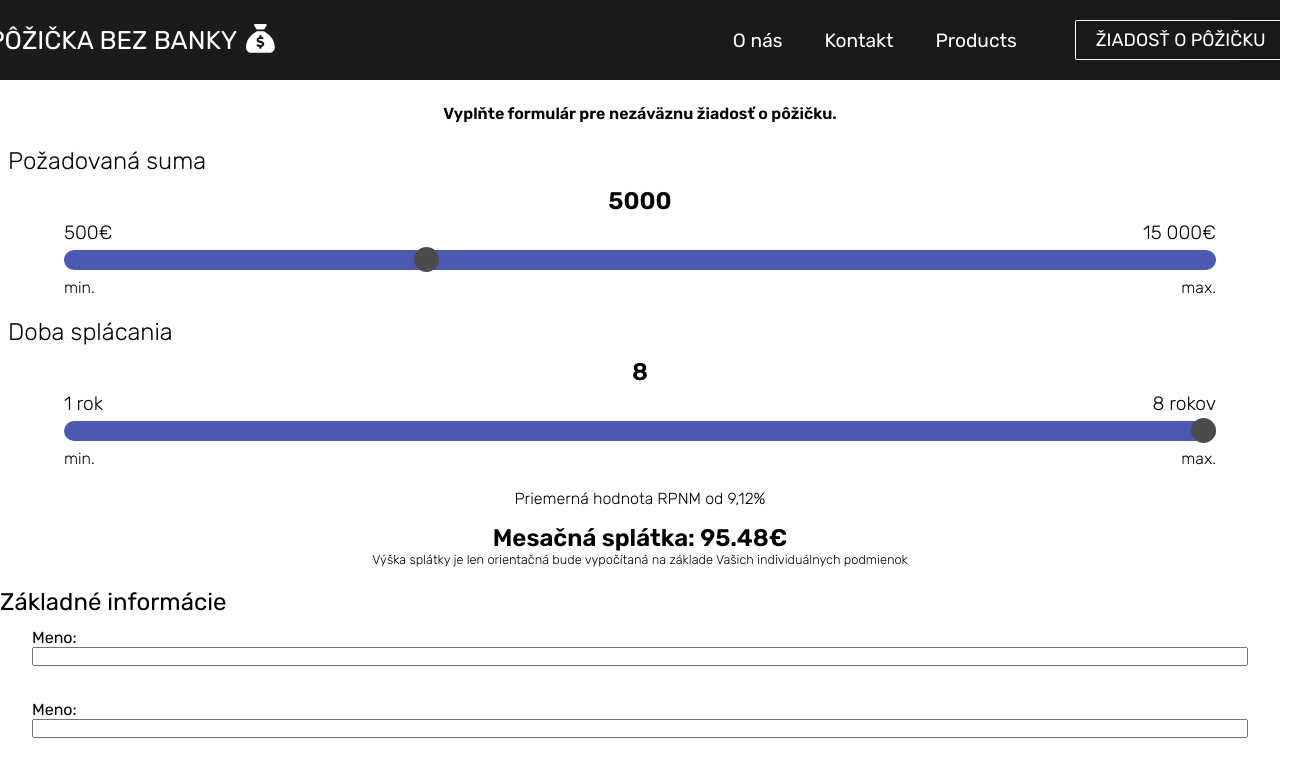
Repository: steve-lgtm/React-website-pozickabezbanky
Page: /ziadost
An editor plug-in stored every save of this project. The page is shown before and after the next save, followed by the edit.
The browser window is 1280 px wide. The page is 1305 px wide, so the pictures cover 1305 px, including what lies to the right of the window. The pictures show the whole page.
Some web libraries are served in a nearby version. The project was rebuilt for these pictures with package versions that can differ from the ones it lists, and the page was loaded fresh each time. Also part of the build but not shown: src/components/pages/Home.js, src/components/pages/Kontakt.js, src/components/pages/Products.js.

Above is the page before, as saved 2022-07-09 00:13:00.

### src/App.js
import React from 'react';
import Navbar from './components/Navbar';
import './App.css';
import Home from './components/pages/Home.js';
import { BrowserRouter as Router, Routes, Route } from 'react-router-dom';
import Kontakt from './components/pages/Kontakt';
import Products from './components/pages/Products';
import Ziadost from './components/pages/Ziadost';
import { library } from '@fortawesome/fontawesome-svg-core'
import { fas } from '@fortawesome/free-solid-svg-icons'


library.add(fas)


function App() {
  return (
      <Router>
        <Navbar />
        <Routes>
          <Route path='/' exact element={<Home />} />
          <Route path='/kontakt' element={<Kontakt/>} />
          <Route path='/products' element={<Products/>} />
          <Route path='/ziadost' element={<Ziadost/>} />
        </Routes>
      </Router>
  );
}

export default App;

### src/components/Navbar.js
import React, { useState, useEffect } from 'react';
import { Button } from './Button';
import { Link } from 'react-router-dom';
import './Navbar.css';
import { FontAwesomeIcon } from '@fortawesome/react-fontawesome';

function Navbar() {
  const [click, setClick] = useState(false);
  const [button, setButton] = useState(true);

  const handleClick = () => setClick(!click);
  const closeMobileMenu = () => setClick(false);

  const showButton = () => {
    if (window.innerWidth <= 1040) {
      setButton(false);
    } else {
      setButton(true);
    }
  };

  useEffect(() => {
    showButton();
  }, []);

  window.addEventListener('resize', showButton);

  return (
    <>
      <nav className='navbar'>
        <div className='navbar-container'>
          <Link to='/' className='navbar-logo' onClick={closeMobileMenu}>
            PÔŽIČKA BEZ BANKY
           {/* <FontAwesomeIcon icon="fa-solid fa-money-bill-1-wave" className='nav-icon'/> */}
           <FontAwesomeIcon icon="fa-solid fa-sack-dollar" className='nav-icon' />
          </Link>
          <div className='menu-icon' onClick={handleClick}>
            <i className={click ? 'fas fa-times' : 'fas fa-bars'} />
          </div>
          <ul className={click ? 'nav-menu active' : 'nav-menu'}>
            <li className='nav-item'>
              <Link to='/' className='nav-links' onClick={closeMobileMenu}>
                O nás
              </Link>
            </li>
            <li className='nav-item'>
              <Link
                to='/kontakt'
                className='nav-links'
                onClick={closeMobileMenu}
              >
                Kontakt
              </Link>
            </li>
            <li className='nav-item'>
              <Link
                to='/products'
                className='nav-links'
                onClick={closeMobileMenu}
              >
                Products
              </Link>
            </li>

            <li>
              <Link
                to='/ziadost'
                className='nav-links-mobile'
                onClick={closeMobileMenu}
              >
                ŽIADOSŤ O PÔŽIČKU
              </Link>
            </li>
          </ul>
          {button && <Button buttonStyle='btn--outline'>ŽIADOSŤ O PÔŽIČKU</Button>}
        </div>
      </nav>
    </>
  );
}

export default Navbar;

### src/App.css
@import url('https://fonts.googleapis.com/css2?family=Rubik:wght@300;400;600&display=swap');
* {
  box-sizing: border-box;
  margin: 0;
  padding: 0;
  font-family: 'Rubik', sans-serif;



}

.home,
.services,
.products,
.sign-up {
  display: flex;
  height: 89vh;
  align-items: center;
  justify-content: center;
  font-size: 3rem;
}

.services {
  background-color: blue;
  background-size: cover;
  background-repeat: no-repeat;
  color: rgb(0, 0, 0);
  font-size: 20px;
}

.products {
  background-color: blue;
  background-position: center;
  background-size: cover;
  background-repeat: no-repeat;
  color: #fff;
  font-size: 100 rem;
}

.sign-up {
  background-position: center;
  background-size: cover;
  background-repeat: no-repeat;
  color: rgb(0, 0, 0);
  font-size: 100px;
}
.home {
  background-position: center;
  background-size: cover;
  background-repeat: no-repeat;
  color: rgb(0, 0, 0);
  font-size: 100px;
}

### src/components/pages/Ziadost.js
import React from 'react';
import '../../App.css';
import './Ziadost.css'
import { useState } from 'react';
import { useFormik} from 'formik'

function PMT(ir, np, pv, fv, type) {

  //  * ir   - interest rate per month
  //  * np   - number of periods (months)
   // * pv   - present value
   // * fv   - future value
  //  * type - when the payments are due:
 //   *        0: end of the period, e.g. end of month (default)
  //  *        1: beginning of period

   var pmt, pvif;

   fv || (fv = 0);
   type || (type = 0);

   if (ir === 0)
       return -(pv + fv)/np;

   pvif = Math.pow(1 + ir, np);
   pmt = - ir * pv * (pvif + fv) / (pvif - 1);

   if (type === 1)
       pmt /= (1 + ir);


   return pmt;}

export default function Ziadost() {
  const [mounthAmount, setMounthAmount] = useState(95.48);
  const formik =  useFormik({
    initialValues: {
      amount: 5000,
      period: 8
    }
  });

 const changeAmount = (e) => {
  let urk_sdz = 0.1834;
  if(e.target.name==='amount'){
    let urk_sdz = 0.1834;
    if ( formik.values.period===1) urk_sdz = 0.3910;
    if ( formik.values.period>1 && formik.values.period<6 ) urk_sdz = 0.2098; //0.22;
    if ( formik.values.period>5 && formik.values.period<9 ) urk_sdz = 0.1834;
    let finalAmount = Math.round(PMT(Math.pow((1+urk_sdz),1/12)-1,(formik.values.period*12),-1*e.target.value)*100) /100;
  setMounthAmount(finalAmount)}

  if(e.target.name==='period'){
    if ( e.target.value===1) urk_sdz = 0.3910;
    if ( e.target.value>1 && e.target.value<6 ) urk_sdz = 0.2098; //0.22;
    if ( e.target.value>5 && e.target.value<9 ) urk_sdz = 0.1834;
    let finalAmount = Math.round(PMT(Math.pow((1+urk_sdz),1/12)-1,(e.target.value*12),-1*formik.values.amount)*100) /100;
    setMounthAmount(finalAmount)}
  };
  return (
    <>
      <h1 className='header-form'>
          Vyplňte formulár pre nezáväznu žiadosť o pôžičku.
        </h1>
      <form>
      <div className='container-form'>
        <div className='section-name'>Požadovaná suma</div>
            <h2>{formik.values.amount}</h2>
            <div className="containerslider">
                <div className="pullleft" style={{fontSize:"1.2rem"}}>
                    500€
                </div>
                <div className="pullright" style={{fontSize:"1.2rem"}}>
                    15 000€
                </div>
            <input type="range" name="amount" step="100" min="500" max="15000" onChange={(e) =>{formik.handleChange(e); changeAmount(e)}} value={formik.values.amount} className="slider" id="suma"/>
            <div className="pullleft" style={{fontSize: "1rem"}}>
                min.
            </div>
            <div className="pullright" style={{fontSize: "1rem"}}>
                max.
            </div>
            </div>

       <div className='section-name'>Doba splácania</div>
       <h2>{formik.values.period}</h2>
            <div className="containerslider">
                <div className="pullleft" style={{fontSize:"1.2rem"}}>
                    1 rok
                </div>
                <div className="pullright" style={{fontSize:"1.2rem"}}>
                    8 rokov
                </div>
            <input type="range" name="period" step="1" min="1" max="8" onChange={(e) => {formik.handleChange(e); changeAmount(e)}} value={formik.values.period} className="slider" id="doba"/>
            <div className="pullleft" style={{fontSize: "1rem"}}>
                min.
            </div>
            <div className="pullright" style={{fontSize: "1rem"}}>
                max.
            </div>
            </div>
            <div className="info">
        Priemerná hodnota RPNM od 9,12%
        </div>
        <h2> Mesačná splátka: {mounthAmount}€</h2>
        <div className="info2">
            Výška splátky je len orientačná bude vypočítaná na základe Vašich individuálnych podmienok
        </div>
            </div>
            <div className='section-name'>Základné informácie</div>
          <div className='personal-data'>
            <div className='personal-data-field'>
          <label for="nameElm">Meno:</label>
      <input required type="text" name="Meno" id="nameid" size="15" maxlength="50" oninvalid="alert('Vyplňte meno!');"/>
      </div>
      <div className='personal-data-field'>
      <label for="nameElm">Meno:</label>
      <input required type="text" name="Meno" id="nameid" size="15" maxlength="50" oninvalid="alert('Vyplňte meno!');"/>
            </div>
            </div>
      </form>

    </>
  );
}

### src/components/Button.js
// import React from 'react';
// import './Button.css';
// import { Link } from 'react-router-dom';

// export function Button() {
//   return (
//     <Link to='sign-up'>
//       <button className='btn'>Sign Up</button>
//     </Link>
//   );
// }

import React from 'react';
import './Button.css';
import { Link } from 'react-router-dom';

const STYLES = ['btn--primary', 'btn--outline', 'btn--test'];

const SIZES = ['btn--medium', 'btn--large'];

export const Button = ({
  children,
  type,
  onClick,
  buttonStyle,
  buttonSize
}) => {
  const checkButtonStyle = STYLES.includes(buttonStyle)
    ? buttonStyle
    : STYLES[0];

  const checkButtonSize = SIZES.includes(buttonSize) ? buttonSize : SIZES[0];

  return (
    <Link to='/ziadost' className='btn-mobile'>
      <button
        className={`btn ${checkButtonStyle} ${checkButtonSize}`}
        onClick={onClick}
        type={type}
      >
        {children}
      </button>
    </Link>
  );
};

### src/components/Navbar.css
.navbar {
    background: linear-gradient(90deg, rgb(28, 27, 27) 0%, rgb(26, 23, 23) 100%);
    height: 80px;
    display: flex;
    justify-content: center;
    align-items: center;
    font-size: 1.2rem;
    position: sticky;
    top: 0;
    z-index: 999;
    font-weight: 400;
    white-space: nowrap;
  }

  .navbar-container {
    display: flex;
    justify-content: center;
    align-items: center;
    height: 80px;
    max-width: 1500px;
  }

  .navbar-logo {
    color: #fff;
    justify-self: start;
    margin-left: 0.5em;
    cursor: pointer;
    text-decoration: none;
    font-size: 1.6rem;
    display: flex;
    align-items: center;

  }

  .nav-icon {
    margin-left: 0.3em;
    margin-bottom: 0.1em;
    font-size: 1.8rem;
  }

  .nav-menu {
    display: grid;
    grid-template-columns: repeat(4, auto);
    grid-gap: 10px;
    list-style: none;
    text-align: center;
    width: 60vw;
    justify-content: end;
    margin-right: 2rem;
  }

  .nav-item {
    height: 3.5em;
  }

  .nav-links {
    color: #fff;
    display: flex;
    align-items: center;
    text-decoration: none;
    padding: 0.5rem 1rem;
    height: 100%;
  }

  .nav-links:hover {
    border-bottom: 4px solid #fff;
    transition: all 0.2s ease-out;
  }

  .fa-bars {
    color: rgb(255, 255, 255);
  }

  .nav-links-mobile {
    display: none;
  }

  .menu-icon {
    display: none;
  }

  @media screen and (max-width: 1040px) {
    .NavbarItems {
      position: relative;
    }

    .nav-menu {
      display: flex;
      flex-direction: column;
      justify-content: flex-start;
      width: 100%;
      height: 100vh;
      position: absolute;
      top: 80px;
      left: -100%;
      opacity: 1;
      transition: all 0.5s ease;
    }

    .nav-menu.active {
      background: #242222;
      left: 0;
      opacity: 1;
      transition: all 0.5s ease;
      z-index: 1;
    }

    .nav-links {
      font-size: 1.5rem;
      text-align: center;
      padding: 2rem;
      width: 100%;
      display: table;
    }

    .nav-links:hover {
      background-color: #fff;
      color: #242424;
      border-radius: 0;
    }

    .navbar-logo {
      float: left;}

    .navbar {
      justify-content: flex-start;
    }
    .navbar-container {
      float: left;
    }
    .menu-icon {
      display: block;
      position: absolute;
      top: 0;
      right: 0;
      transform: translate(-100%, 60%);
      font-size: 1.8rem;
      cursor: pointer;
    }

    .fa-times {
      color: #fff;
      font-size: 2rem;
    }

    .nav-links-mobile {
      display: block;
      text-align: center;
      margin: 2rem auto;
      border-radius: 4px;
      width: 80%;
      text-decoration: none;
      font-size: 1.5rem;
      background-color: transparent;
      color: #fff;
      padding: 14px 20px;
      border: 1px solid #fff;
      transition: all 0.3s ease-out;
    }

    .nav-links-mobile:hover {
      background: #fff;
      color: #242424;
      transition: 250ms;
    }
  }

### src/components/pages/Ziadost.css

.container-form {
margin: 0.5em;
display: flex;
flex-direction: column;
align-items: center;
font-weight: 300;
}
.pullleft{
    margin-top:0.3em;
    margin-bottom: 0.3em;
    float: left;

}
.pullright{
    margin-top:0.3em;
    margin-bottom: 0.3em;
    float: right;
}

.containerslider {
    width: 90vw;
    margin-bottom: 1em;
}
.header-form {
    text-align: center;
    font-size: 1rem;
    padding: 1em;
    padding-top: 1.5em;
}
.info{
    font-size: 1rem;
    color:black;
    text-align: center;
    margin-bottom: 1em;
}
.info2{
    font-size: 0.8rem;
    color:black;
    text-align: center;
    margin-bottom: 1em;
}
.slider {
    -webkit-appearance: none;
    width: 100%;
    height: 20px;
    background: #021391;
    outline: none;
    opacity: 0.7;
    -webkit-transition: .2s;
    transition: opacity .2s;
    border-radius: 1em;

  }
.section-name {
    align-self: flex-start;
    font-size: 1.5em;
    margin-bottom: 0.5em;
}

  .slider::-webkit-slider-thumb {
    -webkit-appearance: none;
    appearance: none;
    width: 25px;
    height: 25px;
    background: #000000;
    cursor: pointer;
    border-radius: 40px;
  }

  .slider::-moz-range-thumb {
    width: 25px;
    height: 25px;
    background: #000000;
    cursor: pointer;
  }
.arrow{
    width: 70px;
    margin-bottom: -1em;
}

.personal-data{
    display: flex;
    flex-direction: column;
    justify-content:space-around;
    height: 20vh;
}
.personal-data-field{
    display: flex;
    flex-direction: column;
    ustify-content:space-around;
    height: 10vh;
    margin: 0 2em;
}

### src/components/Button.css
:root {
  --primary: #fff;
}

.btn {
  padding: 8px 20px;
  border-radius: 2px;
  outline: none;
  border: none;
  cursor: pointer;
}

.btn--primary {
  background-color: var(--primary);
  color: #242424;
  border: 1px solid var(--primary);
}

.btn--outline {
  background-color: transparent;
  color: #fff;
  padding: 8px 20px;
  border: 1px solid var(--primary);
  transition: all 0.3s ease-out;
}

.btn--medium {
  margin-right: 1em;
  padding: 8px 20px;
  font-size: 18px;
}

.btn--large {
  padding: 12px 26px;
  font-size: 20px;
}

.btn--large:hover,
.btn--medium:hover {
  transition: all 0.3s ease-out;
  background: #fff;
  color: #242424;
  transition: 250ms;
}

Loaded but not shown: public/index.html (common file); src/index.js (common file); src/index.css (common file)

After the next save:
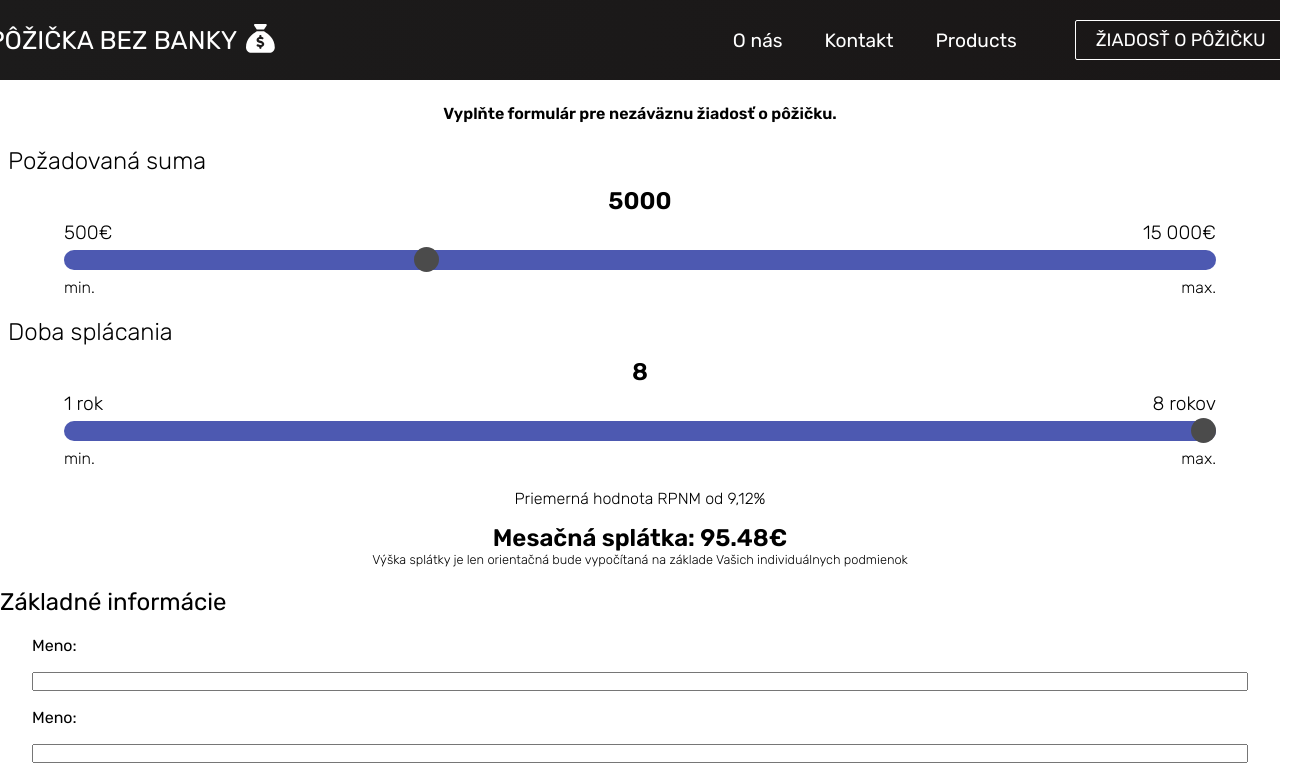
Saved 5 s later.
--- a/src/components/pages/Ziadost.css
+++ b/src/components/pages/Ziadost.css
@@ -88,7 +88,7 @@ font-weight: 300;
 .personal-data-field{
     display: flex;
     flex-direction: column;
-    ustify-content:space-around;
+    justify-content:space-around;
     height: 10vh;
     margin: 0 2em;
 }
